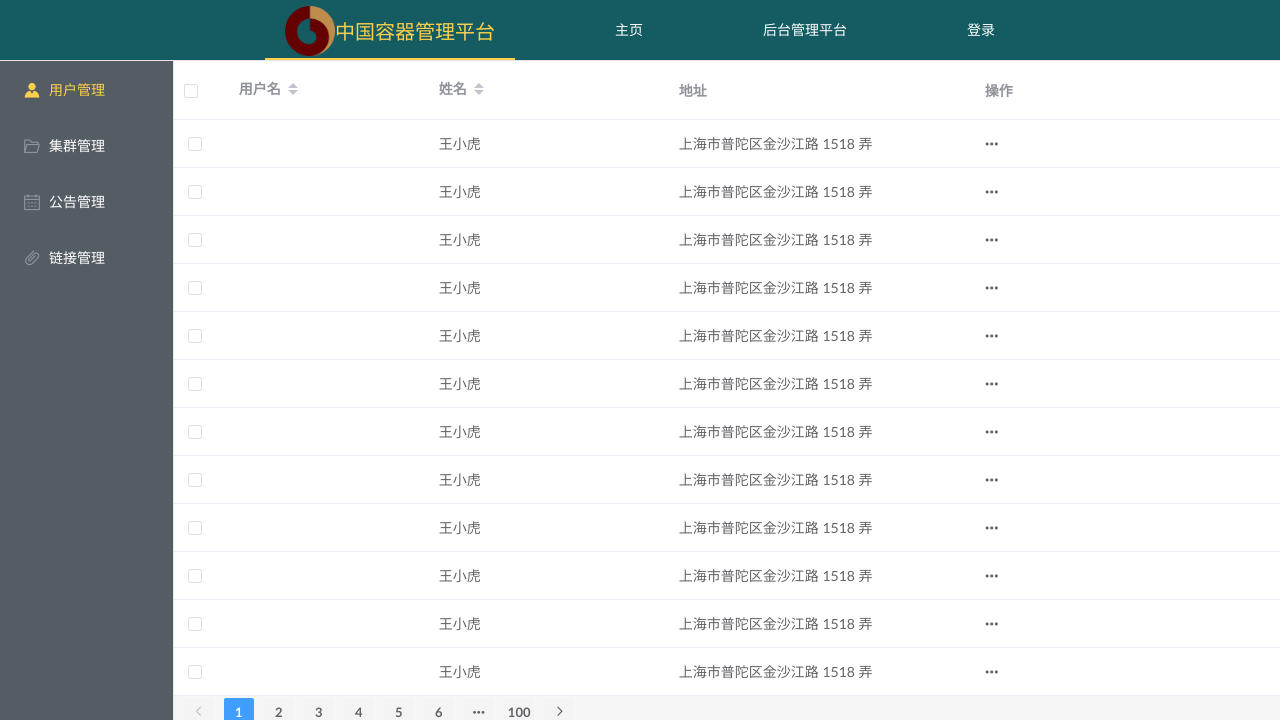
Repository: lei123zhou/zhongjin
Page: /main/management/user
The author's editor kept a copy of each file at every save. The page is drawn from the files as they stood at one save, then again after the next save.
The browser window is 1280 px wide. The pictures show the whole page.
The project was rebuilt for these pictures with package versions that can differ from the ones it lists, and the page was loaded fresh each time. Also part of the build but not shown: vue.config.js.

Above is the page before, as saved 2022-08-29 22:14:52.

### src/main.js
import Vue from "vue";
import App from "./App.vue";

Vue.config.productionTip = false;
import "./plugins/element";

import "./main.less";
import router from "./route/index.js";
import store from "./store/index.js";
new Vue({
  router,
  store,
  render: (h) => h(App),
}).$mount("#app");

### src/App.vue
<template>
  <div id="app">
    <router-view></router-view>
  </div>
</template>

<script>
export default {
};
</script>

<style>
#app{
  height: 100%;
  overflow: hidden;

}
</style>>

### src/plugins/element.js
import Vue from "vue";
import {
  Button,
  Form,
  Input,
  Icon,
  FormItem,
  Loading,
  Card,
  Menu,
  MenuItem,
  Submenu,
  Table,
  TableColumn,
  Dropdown,
  DropdownMenu,
  DropdownItem,
  Tooltip,
  Popover,
  Pagination,
  Link,
  Dialog,
  Row,
  Col,
} from "element-ui";
import "element-ui/lib/theme-chalk/index.css";
Vue.use(Button);
Vue.use(Form);
Vue.use(Input);
Vue.use(Icon);
Vue.use(FormItem);
Vue.use(Card);
Vue.use(Menu);
Vue.use(MenuItem);
Vue.use(Submenu);
Vue.use(Table);
Vue.use(TableColumn);
Vue.use(Dropdown);
Vue.use(DropdownMenu);
Vue.use(DropdownItem);
Vue.use(Tooltip);
Vue.use(Popover);
Vue.use(Pagination);
Vue.use(Link);
Vue.use(Dialog);
Vue.use(Row);
Vue.use(Col);
Vue.use(Loading);

### src/main.less
@media (min-width:0px){
    html{font-size:12px;}
}
@media (min-width: 320px){
    html{font-size:12px;}
}
@media (min-width: 340px){
    html{font-size:13px;}
}
@media (min-width: 360px){
    html{font-size:14px;}
}
@media (min-width: 380px){
    html{font-size:15px;}
}
@media (min-width: 400px){
    html{font-size:15px;}
}
@media (min-width: 420px){
    html{font-size:16px;}
}
*{
    margin: 0;
    padding: 0;
}
ul,ol,li,dl{
    list-style-type: none;
}
a{
    text-decoration: none;
}
html,body{
    height: 100%;

    overflow: hidden;

}
body{
    font-family: 'Trebuchet MS', 'Lucida Sans Unicode', 'Lucida Grande', 'Lucida Sans', Arial, sans-serif;
    color: #666;
    line-height: 1.5;
}
.bottom-border,
.top-border {
  position: relative;
}

.bottom-border::after,
.top-border::before {
  content: '';
  position: absolute;
  left: 0;
  right: 0;
  height: 1px;
  background-color:#d43c33;
  transform: scaleY(0.5);
}

.top-border::before {
  top: 0;
}

.bottom-border::after {
  bottom: 0;
}

### src/route/index.js
import Vue from "vue";
import VueRouter from "vue-router";
Vue.use(VueRouter);
const originPush = VueRouter.prototype.push;
VueRouter.prototype.push = function push(location) {
  return originPush.call(this, location).catch((err) => err);
};
const routes = [
  { path: "/", redirect: "/login" },
  {
    path: "/login",
    name: "login",
    component: () => import("../pages/login/LoginPage.vue"),
  },
  {
    path: "/main",
    name: "main",
    component: () => import("../pages/main/MainPage.vue"),
    children: [
      { path: "", redirect: "/main/home" },
      {
        path: "home",
        name: "home",
        component: () => import("../pages/home/HomePage.vue"),
      },
      {
        path: "management",
        name: "management",
        component: () => import("../pages/management/ManagementPage.vue"),
        children: [
          { path: "", redirect: "/main/management/user" },
          {
            path: "user",
            name: "user",
            component: () => import("../pages/management/user/UserPage.vue"),
          },
          {
            path: "link",
            name: "link",
            component: () => import("../pages/management/link/LinkPage.vue"),
          },
          {
            path: "colony",
            name: "colony",
            component: () =>
              import("../pages/management/colony/ColonyPage.vue"),
          },
          {
            path: "notice",
            name: "notice",
            component: () =>
              import("../pages/management/notice/NoticePage.vue"),
          },
        ],
      },
    ],
  },
];
const router = new VueRouter({
  routes,
  mode: "history",
});
export default router;

### src/store/index.js
import Vue from 'vue';
import Vuex from 'vuex';
Vue.use(Vuex);
export default new Vuex.Store({
    state:{},
    getters:{},
    mutations:{}
})

### src/pages/main/MainPage.vue
<template>
  <div class="main">
    <div class="heard">
      <el-menu
        :default-active="activeIndex2"
        class="el-menu-demo"
        mode="horizontal"
        @select="handleSelect"
        background-color="#145c61"
        text-color="#fff"
        active-text-color="#ffd04b"
      >
        <el-menu-item index="1">
          <template slot="title">
            <img src="../../assets/u2.png" alt="" id="logo" />
            <span class="login-title">中国容器管理平台</span>
          </template></el-menu-item
        >
        <el-menu-item index="2">主页</el-menu-item>
        <el-menu-item index="3" @click="toManagement"
          >后台管理平台</el-menu-item
        >
        <el-menu-item index="null">登录</el-menu-item>
      </el-menu>
    </div>
    <router-view></router-view>
  </div>
</template>

<script>
export default {
  data() {
    return {
      activeIndex: "1",
      activeIndex2: "1",
    };
  },
  methods: {
    handleSelect(key, keyPath) {
      console.log(key, keyPath);
    },
    toManagement() {
      this.$router.push("/main/management");
    },
  },
};
</script>
<style lang="less" scoped>
.main {
  display: flex;
  flex-direction: column;
  justify-content: start;
  background-color: #f6f6f6;
  height: 100%;
  .heard {
    width: 100%;
    background-color: "#145c61";
  }
}
.login-title {
  font-size: 20px;
  line-height: 61px;
}
.clearfix {
  display: flex;
  align-content: center;
  justify-content: space-around;
}
#logo {
  width: 50px;
}
/deep/.el-menu.el-menu--horizontal {
  display: flex;
  justify-content: center;
  li {
    margin: 0 40px;
    padding: 0 20px;
  }
}
</style>

### src/pages/management/ManagementPage.vue
<template>
  <div class="manangement">
    <el-menu
      default-active="user"
      class="el-menu-vertical-demo"
      @open="handleOpen"
      @close="handleClose"
      background-color="#545c64"
      text-color="#fff"
      active-text-color="#ffd04b"
      router
    >
      <el-menu-item index="user">
        <i class="el-icon-s-custom"></i>
        <span slot="title">用户管理</span>
      </el-menu-item>
      <el-menu-item index="colony">
        <i class="el-icon-folder-opened"></i>
        <span slot="title">集群管理</span>
      </el-menu-item>
      <el-menu-item index="notice">
        <i class="el-icon-date"></i>
        <span slot="title">公告管理</span>
      </el-menu-item>
      <el-menu-item index="link">
        <i class="el-icon-paperclip"></i>
        <span slot="title">链接管理</span>
      </el-menu-item>
    </el-menu>
    <router-view></router-view>
  </div>
</template>

<script>
export default {
  methods: {
    handleOpen(key, keyPath) {
      console.log(key, keyPath);
    },
    handleClose(key, keyPath) {
      console.log(key, keyPath);
    },
  },
};
</script>

<style lang="less" scoped>
.manangement {
  display: flex;
  width: 100%;
  height: 100%;
  .el-menu{
    width: 200px;
  }
}

</style>

### src/pages/management/user/UserPage.vue
<template>
  <div class="user">
    <el-table
      ref="multipleTable"
      :data="tableData"
      tooltip-effect="dark"
      style="width: 100%"
      @selection-change="handleSelectionChange"
    >
      <el-table-column type="selection" width="55"> </el-table-column>
      <el-table-column prop="username" label="用户名" sortable width="200">
      </el-table-column>
      <el-table-column prop="name" label="姓名" sortable width="240">
      </el-table-column>
      <el-table-column prop="address" label="地址" :formatter="formatter">
      </el-table-column>
      <el-table-column label="操作">
        <el-popover placement="right" width="40" trigger="hover">
          <template slot-scope="scope">
            <el-button size="mini" @click="handleEdit(scope.$index, scope.row)"
              >编辑</el-button
            >
            <el-button
              size="mini"
              type="danger"
              @click="handleDelete(scope.$index, scope.row)"
              >删除</el-button
            >
          </template>
          <i slot="reference" class="el-icon-more"></i>
        </el-popover>
      </el-table-column>
    </el-table>
    <el-pagination background layout="prev, pager, next" :total="1000">
    </el-pagination>
    <div style="margin-top: 20px" v-if="allDel">
      <el-button @click="toggleSelection([tableData[1], tableData[2]])"
        >全部删除</el-button
      >
      <el-button @click="toggleSelection()">取消选择</el-button>
    </div>
  </div>
</template>

<script>
export default {
  data() {
    return {
      allDel: false,
      tableData: [
        {
          date: "2016-05-03",
          name: "王小虎",
          address: "上海市普陀区金沙江路 1518 弄",
        },
        {
          date: "2016-05-03",
          name: "王小虎",
          address: "上海市普陀区金沙江路 1518 弄",
        },
        {
          date: "2016-05-03",
          name: "王小虎",
          address: "上海市普陀区金沙江路 1518 弄",
        },
        {
          date: "2016-05-03",
          name: "王小虎",
          address: "上海市普陀区金沙江路 1518 弄",
        },
        {
          date: "2016-05-03",
          name: "王小虎",
          address: "上海市普陀区金沙江路 1518 弄",
        },
        {
          date: "2016-05-03",
          name: "王小虎",
          address: "上海市普陀区金沙江路 1518 弄",
        },
        {
          date: "2016-05-03",
          name: "王小虎",
          address: "上海市普陀区金沙江路 1518 弄",
        },
        {
          date: "2016-05-03",
          name: "王小虎",
          address: "上海市普陀区金沙江路 1518 弄",
        },
        {
          date: "2016-05-03",
          name: "王小虎",
          address: "上海市普陀区金沙江路 1518 弄",
        },
        {
          date: "2016-05-02",
          name: "王小虎",
          address: "上海市普陀区金沙江路 1518 弄",
        },
        {
          date: "2016-05-04",
          name: "王小虎",
          address: "上海市普陀区金沙江路 1518 弄",
        },
        {
          date: "2016-05-01",
          name: "王小虎",
          address: "上海市普陀区金沙江路 1518 弄",
        },
      ],
    };
  },
  methods: {
    toggleSelection(rows) {
      if (rows) {
        rows.forEach((row) => {
          this.$refs.multipleTable.toggleRowSelection(row);
        });
      } else {
        this.$refs.multipleTable.clearSelection();
      }
    },
    handleSelectionChange(val) {
      this.multipleSelection = val;
      this.allDel = !this.allDel;
    },
    // 编辑删除
    handleEdit(index, row) {
      console.log(index, row);
    },
    handleDelete(index, row) {
      console.log(index, row);
    },

    formatter(row) {
      return row.address;
    },
  },
};
</script>

<style lang="less" scoped>
.user{
    width:100%;
}
</style>

Loaded but not shown: public/index.html (common file)

After the next save:
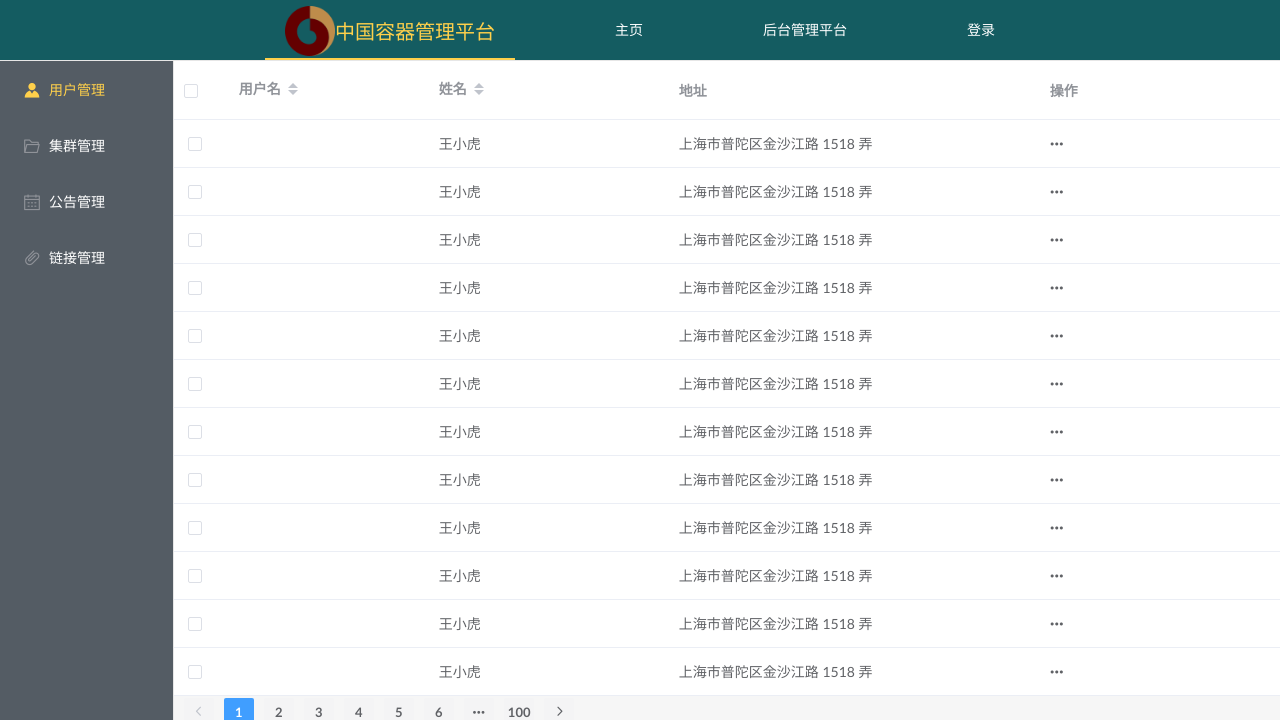
Saved 27 s later.
--- a/src/pages/management/user/UserPage.vue
+++ b/src/pages/management/user/UserPage.vue
@@ -14,7 +14,7 @@
       </el-table-column>
       <el-table-column prop="address" label="地址" :formatter="formatter">
       </el-table-column>
-      <el-table-column label="操作">
+      <el-table-column label="操作" width="240">
         <el-popover placement="right" width="40" trigger="hover">
           <template slot-scope="scope">
             <el-button size="mini" @click="handleEdit(scope.$index, scope.row)"
